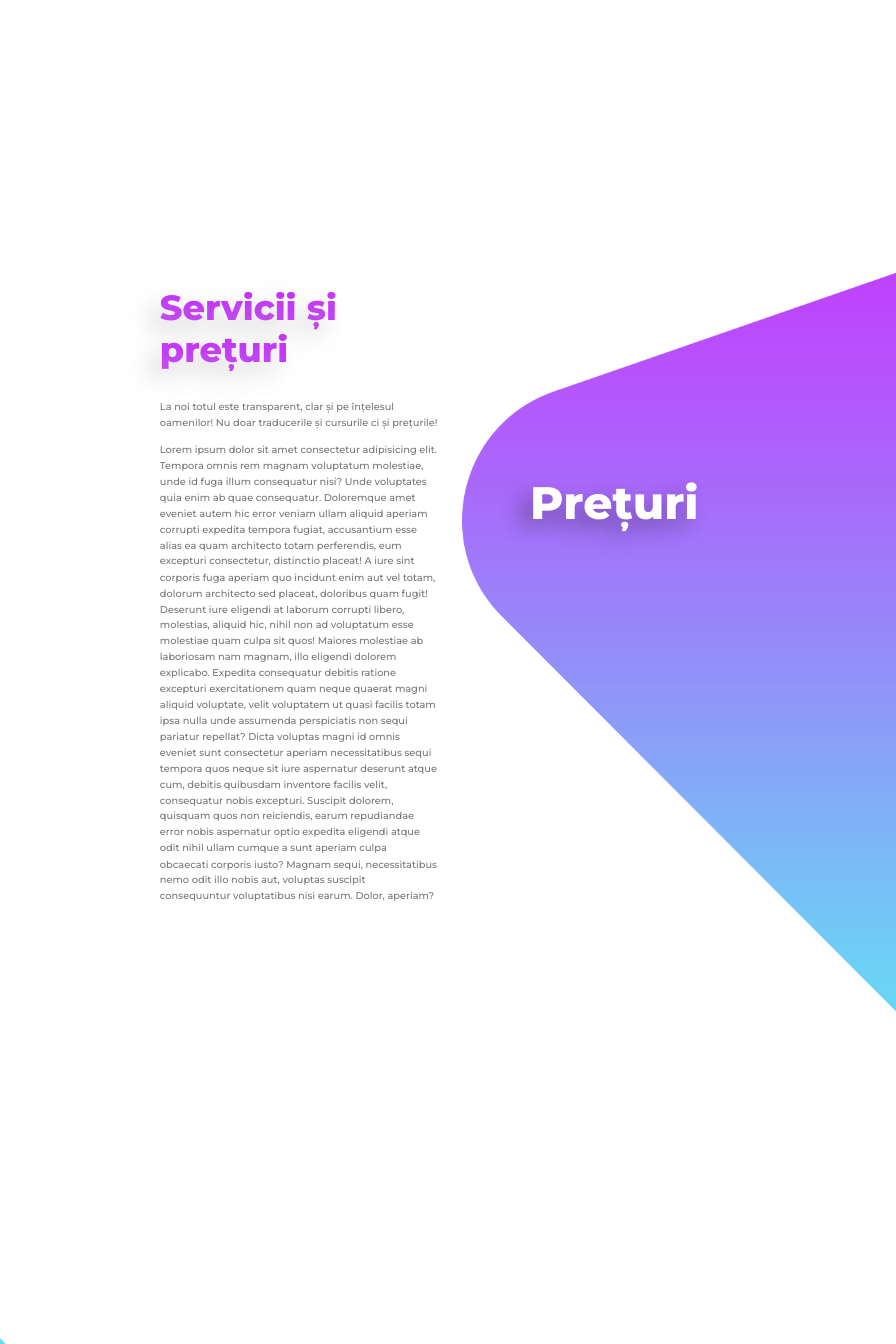
Repository: roscaImarius/site_traduceri
Page: index.html
The author's editor kept a copy of each file at every save. The page is drawn from the files as they stood at one save, then again after the next save.
The browser window is 1280 px wide. The pictures show the part of the page from y = 3216 to 5136 px (the page is 7580 px tall), at 70% of full size.

Above is the page before, as saved 2022-03-17 15:53:15.

After the next save:
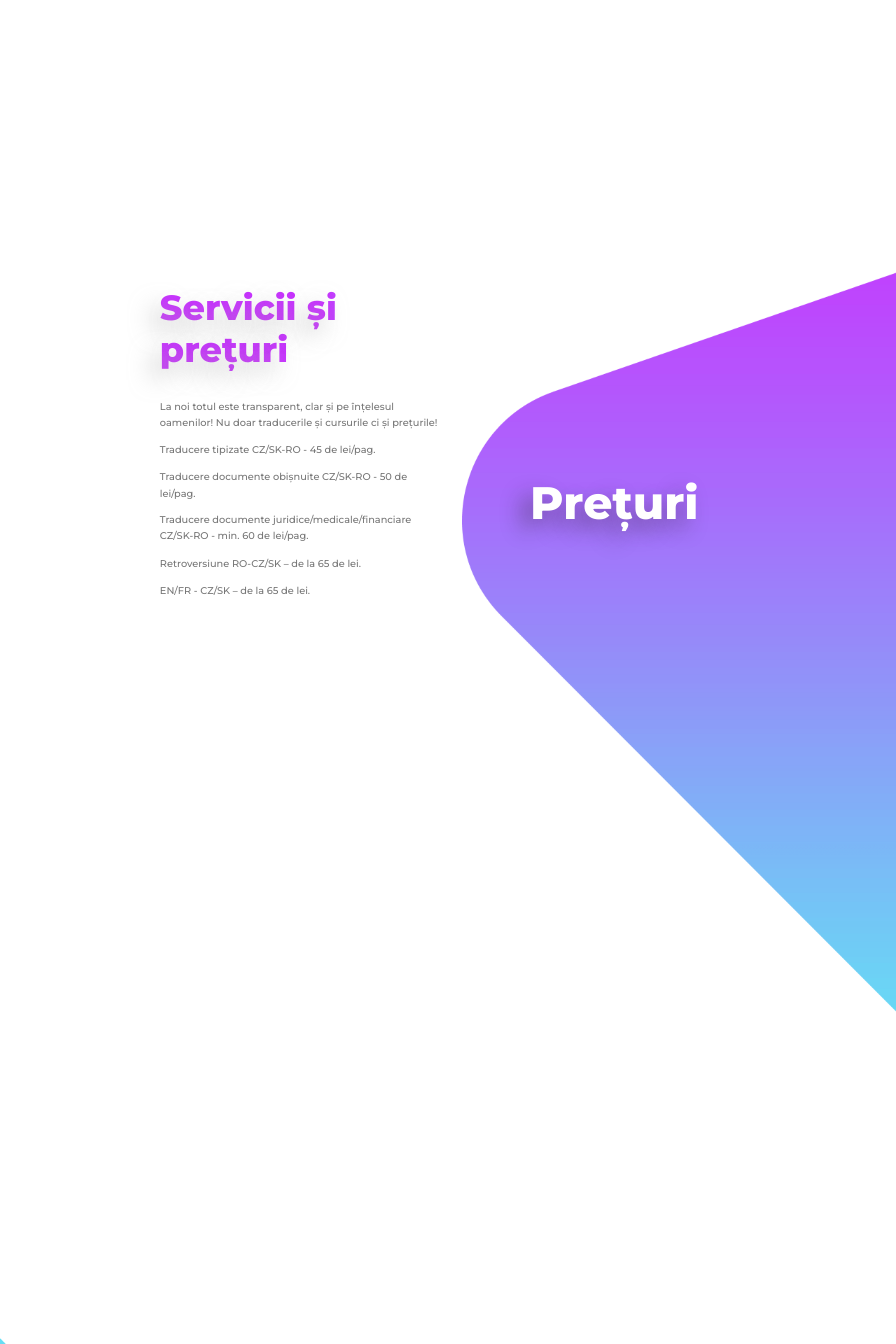
Saved 88 s later.
--- a/index.html
+++ b/index.html
@@ -287,32 +287,16 @@
               La noi totul este transparent, clar și pe înțelesul oamenilor! Nu
               doar traducerile și cursurile ci și prețurile!
             </p>
-            <p>
-              Lorem ipsum dolor sit amet consectetur adipisicing elit. Tempora
-              omnis rem magnam voluptatum molestiae, unde id fuga illum
-              consequatur nisi? Unde voluptates quia enim ab quae consequatur.
-              Doloremque amet eveniet autem hic error veniam ullam aliquid
-              aperiam corrupti expedita tempora fugiat, accusantium esse alias
-              ea quam architecto totam perferendis, eum excepturi consectetur,
-              distinctio placeat! A iure sint corporis fuga aperiam quo incidunt
-              enim aut vel totam, dolorum architecto sed placeat, doloribus quam
-              fugit! Deserunt iure eligendi at laborum corrupti libero,
-              molestias, aliquid hic, nihil non ad voluptatum esse molestiae
-              quam culpa sit quos! Maiores molestiae ab laboriosam nam magnam,
-              illo eligendi dolorem explicabo. Expedita consequatur debitis
-              ratione excepturi exercitationem quam neque quaerat magni aliquid
-              voluptate, velit voluptatem ut quasi facilis totam ipsa nulla unde
-              assumenda perspiciatis non sequi pariatur repellat? Dicta voluptas
-              magni id omnis eveniet sunt consectetur aperiam necessitatibus
-              sequi tempora quos neque sit iure aspernatur deserunt atque cum,
-              debitis quibusdam inventore facilis velit, consequatur nobis
-              excepturi. Suscipit dolorem, quisquam quos non reiciendis, earum
-              repudiandae error nobis aspernatur optio expedita eligendi atque
-              odit nihil ullam cumque a sunt aperiam culpa obcaecati corporis
-              iusto? Magnam sequi, necessitatibus nemo odit illo nobis aut,
-              voluptas suscipit consequuntur voluptatibus nisi earum. Dolor,
-              aperiam?
-            </p>
+            <div class="boxPreturi">
+              <p>Traducere tipizate CZ/SK-RO - 45 de lei/pag.</p>
+              <p>Traducere documente obișnuite CZ/SK-RO - 50 de lei/pag.</p>
+              <p>
+                Traducere documente juridice/medicale/financiare CZ/SK-RO - min.
+                60 de lei/pag.
+              </p>
+              <p>Retroversiune RO-CZ/SK – de la 65 de lei.</p>
+              <p>EN/FR - CZ/SK – de la 65 de lei.</p>
+            </div>
           </div>
 
           <div class="divPreturi col-lg-6 p-0 col-md-12">
